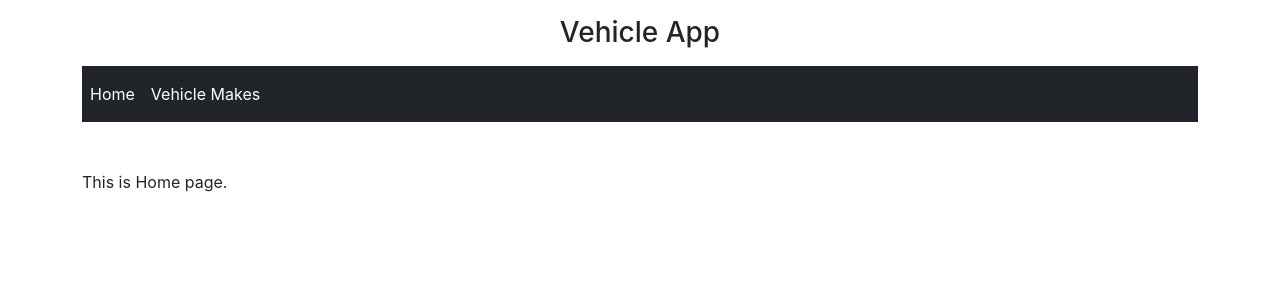
Repository: magdalenarajic/VehicleFrontend
Page: /
The author's editor kept a copy of each file at every save. The page is drawn from the files as they stood at one save, then again after the next save.
The browser window is 1280 px wide. The pictures show the whole page.
The project was rebuilt for these pictures with package versions that can differ from the ones it lists, and the page was loaded fresh each time. Also part of the build but not shown: src/App.css, src/services/makeService.js, src/stores/makeStore.js, src/components/VehicleMake.js.

Above is the page before, as saved 2023-03-07 20:33:56.

After the next save:
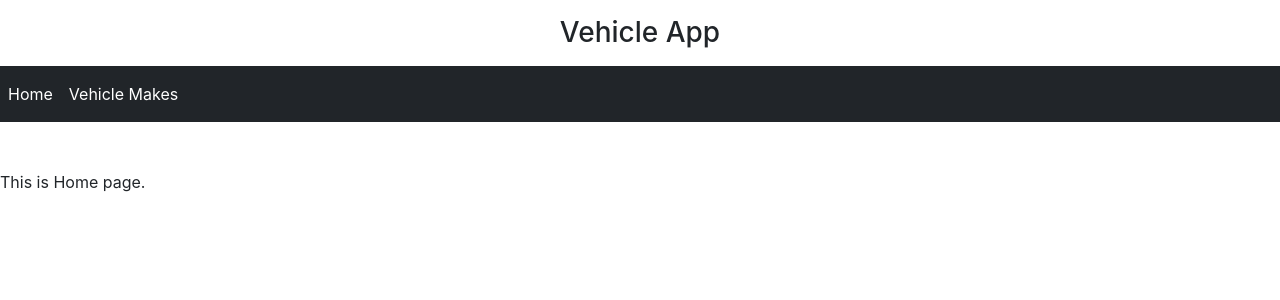
Saved 14 s later.
--- a/src/App.js
+++ b/src/App.js
@@ -16,7 +16,7 @@ function App() {
       </h3>
       </div>
       </header>
-      <div className='container'>
+      <div>
       <Navigation/>
        <Routes>
         <Route path='/' element={<Home/>} />

After the save that followed:
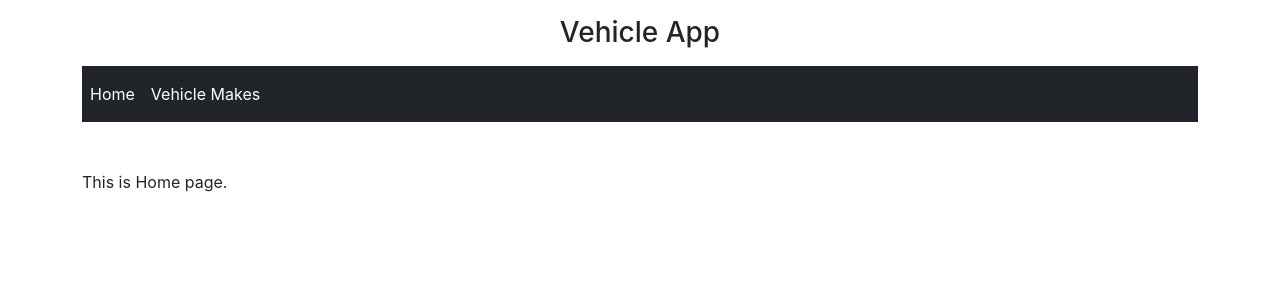
Saved 18 s later.
--- a/src/App.js
+++ b/src/App.js
@@ -8,7 +8,7 @@ import {BrowserRouter, Route, Routes} from 'react-router-dom';
 function App() {
   return (
     <BrowserRouter>
-    <div  className="mx-auto" style={{width: "800"}}>
+    <div  className="container" style={{width: "800"}}>
     <header>
     <div>
       <h3 className="m-3 d-flex justify-content-center">
